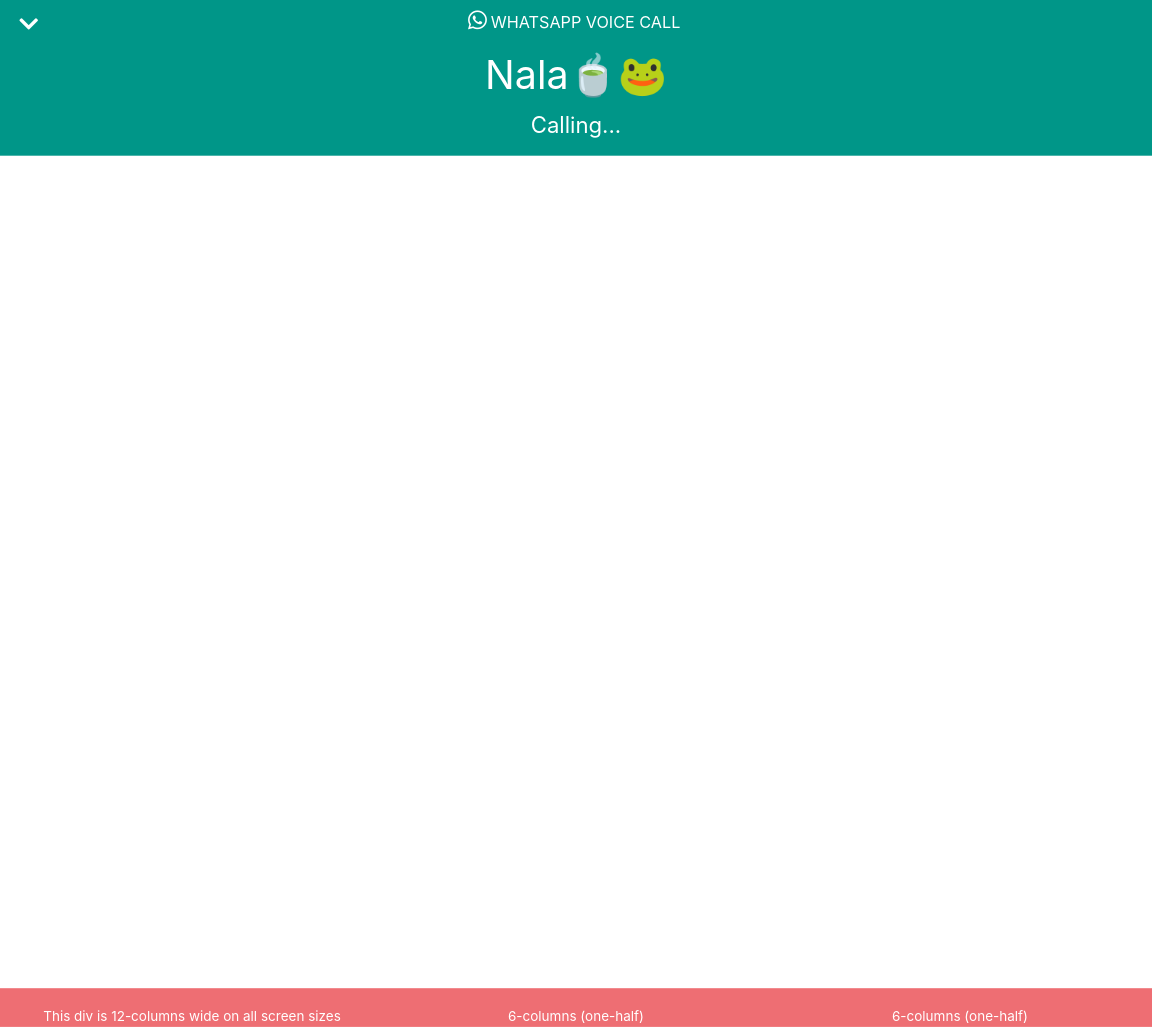
Repository: Ajtheult/Whatsapp_recreation
Page: /voice-call
The author's editor kept a copy of each file at every save. The page is drawn from the files as they stood at one save, then again after the next save.
The browser window is 1280 px wide. The pictures show the whole page, at 90% of full size.
The project was rebuilt for these pictures with package versions that can differ from the ones it lists, and the page was loaded fresh each time. Also part of the build but not shown: src/components/layout/navbar/Navbar.js, src/components/layout/pages/ChatMenu.js, src/components/layout/pages/StatusMenu.js, src/components/layout/pages/CallMenu.js, src/components/layout/navbar/ContactNav.js, src/components/layout/pages/ContactMenu.js, src/components/layout/pages/preapp/LandingPage.js.

Above is the page before, as saved 2020-08-03 23:13:58.

### public/index.html
<!DOCTYPE html>
<html lang="en">
  <head>
    <meta charset="utf-8" />
    <link rel="icon" href="%PUBLIC_URL%/favicon.ico" />
    <meta name="viewport" content="width=device-width, initial-scale=1" />
    <meta name="theme-color" content="#000000" />
    <meta
      name="description"
      content="Web site created using create-react-app"
    />
    <link
      rel="stylesheet"
      href="https://use.fontawesome.com/releases/v5.7.2/css/all.css"
      integrity="sha384-fnmOCqbTlWIlj8LyTjo7mOUStjsKC4pOpQbqyi7RrhN7udi9RwhKkMHpvLbHG9Sr"
      crossorigin="anonymous"
    />
    <link
      href="https://fonts.googleapis.com/icon?family=Material+Icons"
      rel="stylesheet"
    />
    <script src="https://cdnjs.cloudflare.com/ajax/libs/materialize/1.0.0/js/materialize.min.js"></script>

    <link rel="manifest" href="%PUBLIC_URL%/manifest.json" />

    <title>Whatsapp App</title>
  </head>
  <body>
    <noscript>You need to enable JavaScript to run this app.</noscript>
    <div id="root"></div>
  </body>
</html>

### src/index.js
import React from "react";
import ReactDOM from "react-dom";
import "materialize-css/dist/css/materialize.min.css";
import App from "./App";

ReactDOM.render(
  <React.StrictMode>
    <App />
  </React.StrictMode>,
  document.getElementById("root")
);

### src/App.js
import React from "react";
import ChatMenu from "./components/layout/pages/ChatMenu";
import StatusMenu from "./components/layout/pages/StatusMenu";
import CallMenu from "./components/layout/pages/CallMenu";
import ContactMenu from "./components/layout/pages/ContactMenu";
import LandingPage from "./components/layout/pages/preapp/LandingPage";
import VoiceCall from "./components/layout/pages/callpages/VoiceCall";
import { BrowserRouter as Router, Switch, Route } from "react-router-dom";
import "./App.css";

function App() {
  return (
    <Router>
      <div className="App">
        <Switch>
          <Route exact path="/" component={LandingPage} />
          <Route path="/chat" component={ChatMenu} />
          <Route path="/contact" component={ContactMenu} />
          <Route path="/status" component={StatusMenu} />
          <Route path="/calls" component={CallMenu} />
          <Route path="/voice-call" component={VoiceCall} />
        </Switch>
      </div>
    </Router>
  );
}

export default App;

### src/components/layout/pages/callpages/VoiceCall.js
import React, { Component } from "react";
import PhoneCallNav from "../../navbar/PhoneCallNav";

export class VoiceCall extends Component {
  render() {
    return (
      <div>
        <PhoneCallNav />

        <footer class="page-footer voicecall_footer">
          <div class="row">
            <div class="col s4">
              This div is 12-columns wide on all screen sizes
            </div>
            <div class="col s4">6-columns (one-half)</div>
            <div class="col s4">6-columns (one-half)</div>
          </div>
        </footer>
      </div>
    );
  }
}

export default VoiceCall;

### src/App.css
.App {
  text-align: center;
}

.move_logo_of_whatsapp {
  margin-left: 20px;
  pointer-events: none;
  margin-top: 10px;
  font-size: 40px;
}

.move_camera_icon {
  margin-top: 9px;
  margin-left: 10px;
}

.move_top_nav_icons_down {
  margin-top: 20px;
  pointer-events: none;
}

.width_of_dropdown {
  width: 300px;
}

.disabled_btn_bottom {
  pointer-events: none;
}

.move_message_icon_in_chat_menu {
  margin-left: -30px;
  margin-top: 50px;
  /* I will have to adjust the top after inserting the grid on top */
}

.move_message_icon_in_status_menu_small {
  margin-right: 30px;
  margin-top: -55px;
  color: blue;
  pointer-events: none;
  opacity: 0.5;
  /* I will have to adjust the top after inserting the grid on top */
}
.move_message_icon_in_status_menu_big {
  margin-top: -15px;
  margin-right: 15px;
  pointer-events: none;
  opacity: 0.5;
  /* I will have to adjust the top after inserting the grid on top */
}

.move_contact_icon_abit_up {
  margin-right: 15px;
  margin-top: -55px;
}

.make_archive_bold {
  font-weight: bold;
  pointer-events: none;
}

.profile_pictures {
  width: 60px;
  height: 60px;
  border-radius: 50%;
  margin-top: 5px;
}

.decrease_height {
  margin-top: -20px;
  width: 75.5%;
  margin-left: 80px;
}

.increase_height_status {
  margin-top: 1.5px;
  height: 20px;
  width: 100%;
}

.my_profile_picture_status {
  width: 60px;
  height: 60px;
  border-radius: 50%;
  padding: 1px;
  border: 4px solid rgb(68, 214, 68);
  margin-top: 5px;
}

.profile_picture_status {
  width: 60px;
  height: 60px;
  border-radius: 50%;
  padding: 1px;
  border: 4px dashed rgb(68, 214, 68);
  margin-top: 5px;
}

.viewed_status {
  width: 60px;
  height: 60px;
  border-radius: 50%;
  padding: 1px;
  border: 4px solid grey;
  margin-top: 5px;
}

.move_recent_updates {
  text-align: left;
  margin-top: -1px;
  margin-left: 10px;
}
.chat_menu_text {
  text-align: left;
}

.contact_menu_messages {
  font-size: 14px;
  margin-top: 0px;
  color: gray;
}

.contact_name_cm {
  font-weight: bold;
  font-size: 14px;
}

.cm_time {
  margin-top: 13px;
  font-weight: bold;
  font-size: 10px;
  color: gray;
}

img.bg {
  /* Set rules to fill background */
  min-height: 100%;
  min-width: 1024px;

  /* Set up proportionate scaling */
  width: 100%;
  height: auto;

  /* Set up positioning */
  position: fixed;
  top: 0;
  left: 0;
  z-index: -1;
}

div.admin-bg {
  /* Set rules to fill background */
  min-height: 100%;
  min-width: 1024px;

  /* Set up proportionate scaling */
  width: 100%;
  height: auto;

  /* Set up positioning */
  position: fixed;
  top: 0;
  left: 0;
  z-index: -1;
  background-color: black;
}

@media screen and (max-width: 1024px) {
  /* Specific to this particular image */
  img.bg {
    left: 50%;
    margin-left: -512px; /* 50% */
  }

  div.admin-bg {
    left: 50%;
    margin-left: -512px; /* 50% */
  }
}

.move_this_modal {
  margin-right: 30px;
  margin-top: 400px;
}

.move_ellipsis {
  color: teal;
  margin-top: 20px;
  margin-left: 20px;
  font-size: 25px;
}

.move_contact_icon_abit_up_call {
  margin-right: 15px;
  margin-top: 115px;
  opacity: 0.5;
  pointer-events: none;
}

.icons_call_menu {
  color: teal;
  margin-top: 25px;
  margin-left: 20px;
  font-size: 15px;
}

a {
  color: teal;
  -webkit-tap-highlight-color: white;
}

.bottom_icons {
  pointer-events: none;
}

nav {
  line-height: 30px;
}

.contact_number {
  text-align: left;
  margin-top: 10px;
  line-height: 10px;
}

.move_arrow {
  margin-top: 18px;
  font-size: 25px;
  color: white;
}

.color_of_contactnav {
  color: white;
}

.contact_number {
  font-size: 20px;
  margin-top: 15px;
}

.contact_number_bottom {
  font-size: 14px;
}

.move_icons {
  margin-top: 20px;
  font-size: 22px;
}

.row {
  margin-bottom: -0px;
}

.move_group_contact {
  margin-top: 10px;
  margin-bottom: 5px;
}

.contact_menu_icons {
  margin-bottom: 5px;
  pointer-events: none;
  opacity: 0.6;
}

.whatsapp_voice_call_title {
  font-size: 18px;
  margin-right: 50px;
}

.move_name_whatsapp {
  margin-top: 10px;
}

.move_name_callnav {
  margin-top: -40px;
  margin-bottom: 10px;
}

.btn_to_exit_voice_call {
  margin-left: 10px;
  margin-top: 5px;
}

.voicecall_footer {
  margin-top: 80.8%;
}

### src/components/layout/navbar/PhoneCallNav.js
/* eslint-disable jsx-a11y/accessible-emoji */
import React, { Component } from "react";

export class PhoneCallNav extends Component {
  render() {
    return (
      <div>
        <nav>
          <div class="row teal">
            <div class="col s12 move_name_whatsapp">
              <i class="fas fa-chevron-down left btn_to_exit_voice_call"></i>
              <i class="fab fa-whatsapp" />{" "}
              <span className="whatsapp_voice_call_title">
                {" "}
                WHATSAPP VOICE CALL
              </span>
            </div>
            <div class="col s12 move_name_callnav">
              <h3>Nala🍵🐸</h3>
              <h5>Calling...</h5>
            </div>
          </div>
        </nav>
      </div>
    );
  }
}

export default PhoneCallNav;

After the next save:
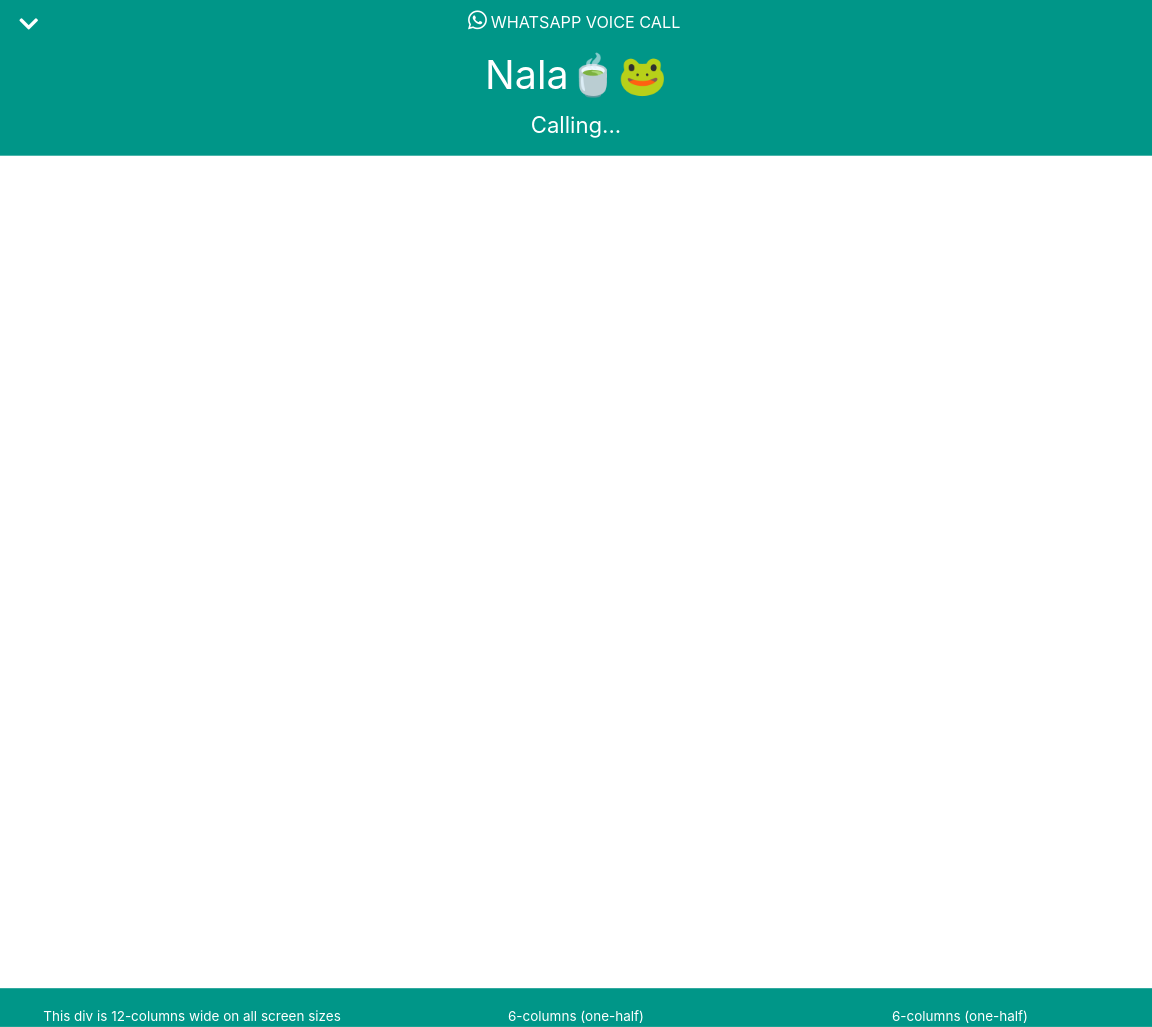
Saved 7 s later.
--- a/src/components/layout/pages/callpages/VoiceCall.js
+++ b/src/components/layout/pages/callpages/VoiceCall.js
@@ -7,7 +7,7 @@
       <div>
         <PhoneCallNav />
 
-        <footer class="page-footer voicecall_footer">
+        <footer class="page-footer teal voicecall_footer">
           <div class="row">
             <div class="col s4">
               This div is 12-columns wide on all screen sizes
